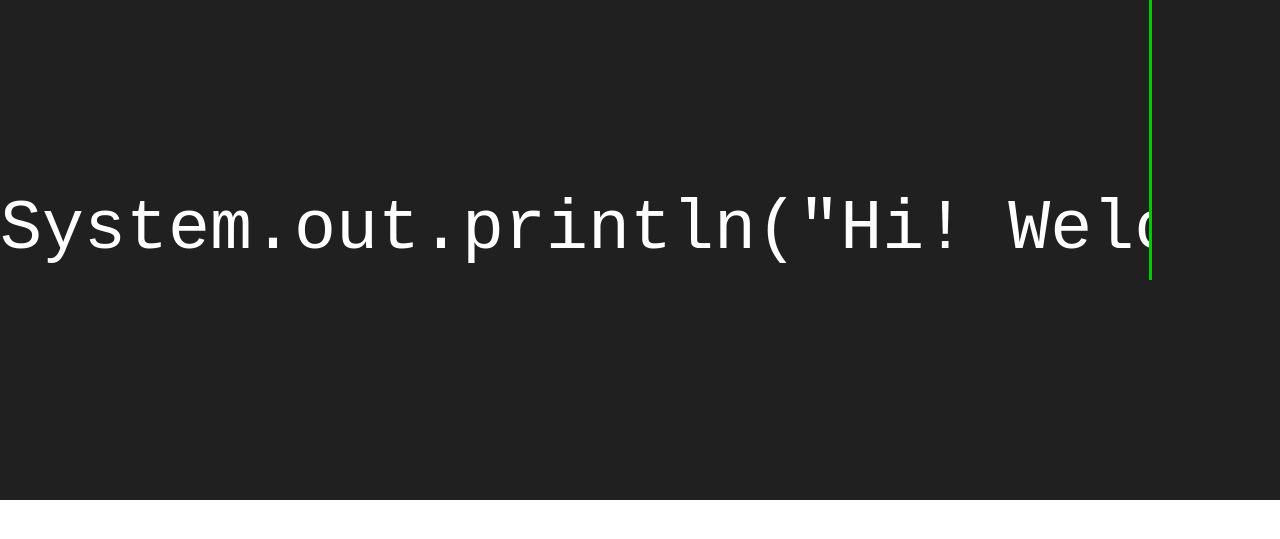
Repository: janry-gracia/Divinagracia_FinalProject
Page: Pages/storyofmylife.html
The author's editor kept a copy of each file at every save. The page is drawn from the files as they stood at one save, then again after the next save.
The browser window is 1280 px wide. The pictures show the whole page.

Above is the page before, as saved 2021-05-17 23:36:58.
Console error: TypeError: Cannot read properties of null (reading 'addEventListener')

After the next save:
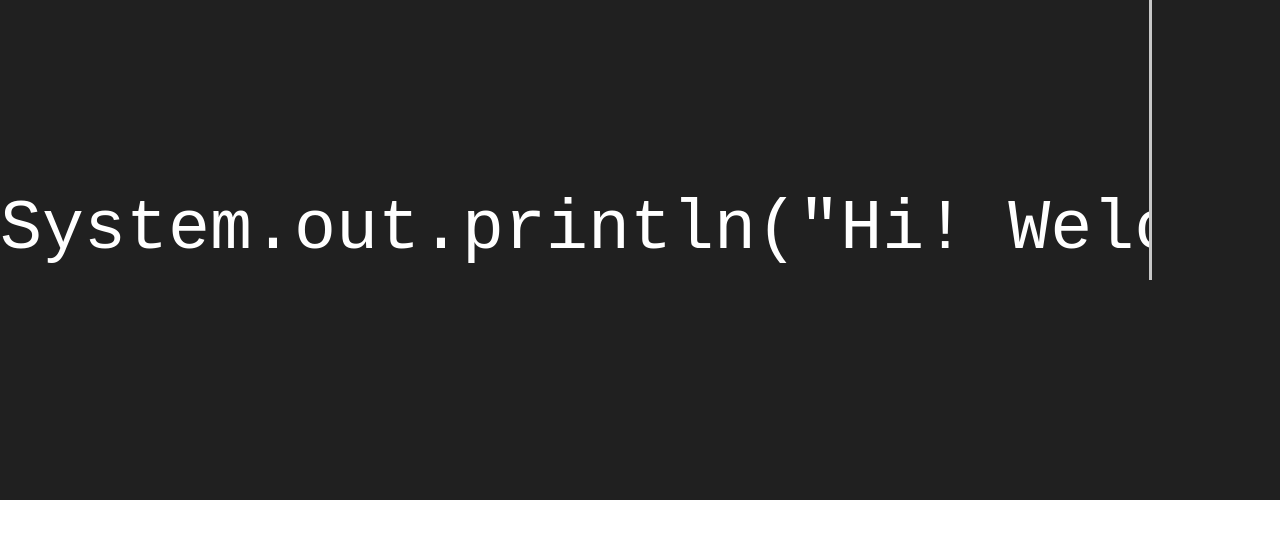
Saved 23 s later.
--- a/css/storyofmylife.css
+++ b/css/storyofmylife.css
@@ -48,6 +48,6 @@ p.message{
   /* cursor animations */
 
   @keyframes animated-cursor{
-    from{border-right-color: rgba(0,255,0,.75);}
+    from{border-right-color: rgba(255, 255, 255, 0.75);}
     to{border-right-color: transparent;}
   }
